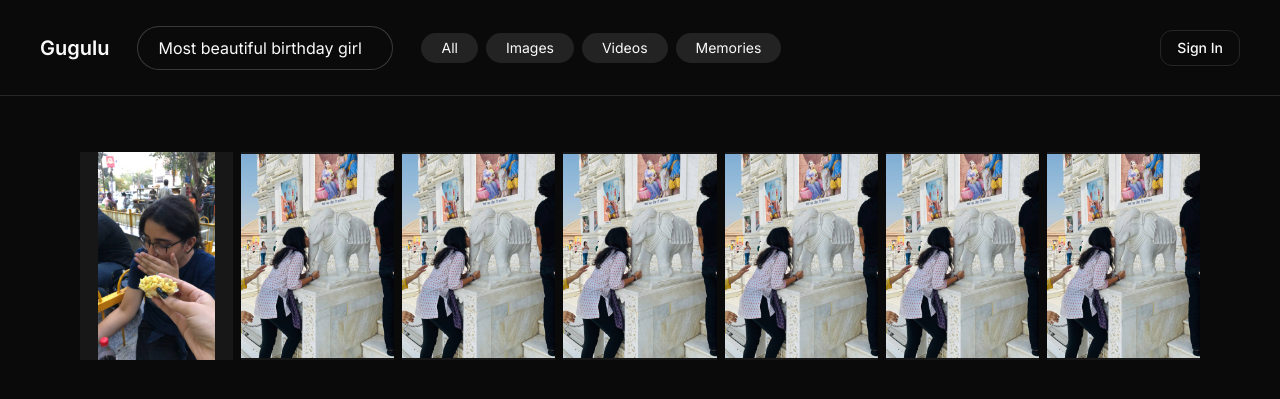
Repository: Harshgoel17/anshfinal
Page: /srishti/images
The author's editor kept a copy of each file at every save. The page is drawn from the files as they stood at one save, then again after the next save.
The browser window is 1280 px wide. The pictures show the whole page.
The project was rebuilt for these pictures with package versions that can differ from the ones it lists, and the page was loaded fresh each time. The framework's server and built-in components were replaced by stand-ins that run in the browser. Also part of the build but not shown: next.config.js.

Above is the page before, as saved 2023-10-06 16:43:24.

After the next save:
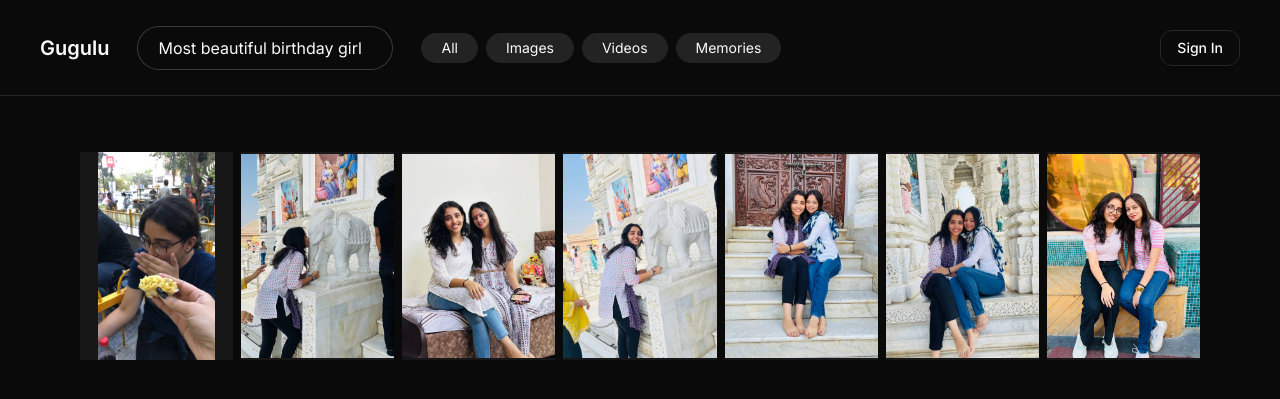
Saved 11 s later.
--- a/app/srishti/images/page.jsx
+++ b/app/srishti/images/page.jsx
@@ -16,23 +16,23 @@ const page = () => {
             </span>
 
             <span className='bg-neutral-900 w-full min-h-32 max-h-52 overflow-hidden flex items-center justify-center'>
-                <img src="/images/2.jpg" alt="" className='max-h-52'/>
+                <img src="/images/3.jpg" alt="" className='max-h-52'/>
             </span>
 
             <span className='bg-neutral-900 w-full min-h-32 max-h-52 overflow-hidden flex items-center justify-center'>
-                <img src="/images/2.jpg" alt="" className='max-h-52'/>
+                <img src="/images/4.jpg" alt="" className='max-h-52'/>
             </span>
 
             <span className='bg-neutral-900 w-full min-h-32 max-h-52 overflow-hidden flex items-center justify-center'>
-                <img src="/images/2.jpg" alt="" className='max-h-52'/>
+                <img src="/images/5.jpg" alt="" className='max-h-52'/>
             </span>
 
             <span className='bg-neutral-900 w-full min-h-32 max-h-52 overflow-hidden flex items-center justify-center'>
-                <img src="/images/2.jpg" alt="" className='max-h-52'/>
+                <img src="/images/6.jpg" alt="" className='max-h-52'/>
             </span>
 
             <span className='bg-neutral-900 w-full min-h-32 max-h-52 overflow-hidden flex items-center justify-center'>
-                <img src="/images/2.jpg" alt="" className='max-h-52'/>
+                <img src="/images/7.jpg" alt="" className='max-h-52'/>
             </span>
 
         </div>
